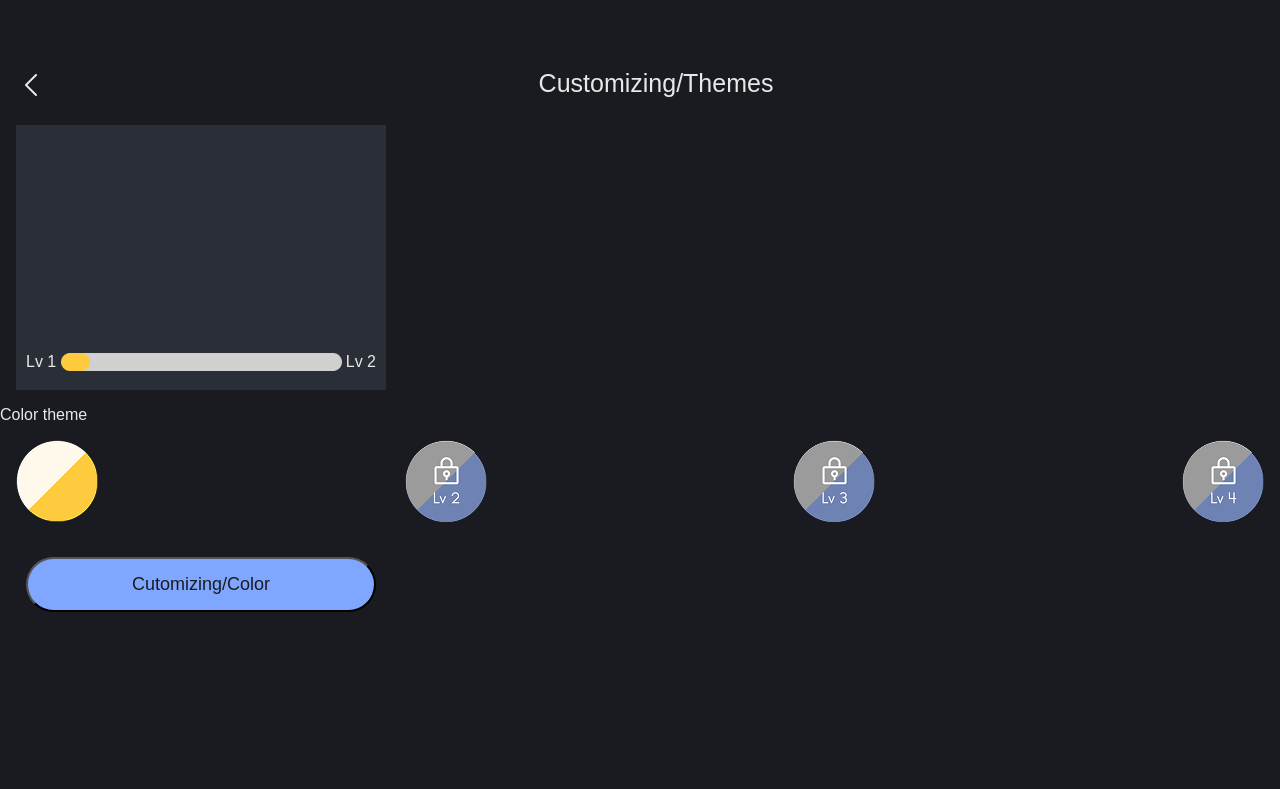
Repository: Crite-Spranberries/sleepixie_app
Page: /customizing
An editor plug-in stored every save of this project. The page is shown before and after the next save, followed by the edit.
The browser window is 1280 px wide. The pictures show the whole page.
Pictures or frames that could not be fetched are drawn as grey boxes. Some web fonts or font styles are not loaded; a fallback is used. The project was rebuilt for these pictures with package versions that can differ from the ones it lists, and the page was loaded fresh each time. The framework's server and built-in components were replaced by stand-ins that run in the browser. Also part of the build but not shown: next.config.mjs.

Above is the page before, as saved 2025-05-12 11:53:06.

After the next save:
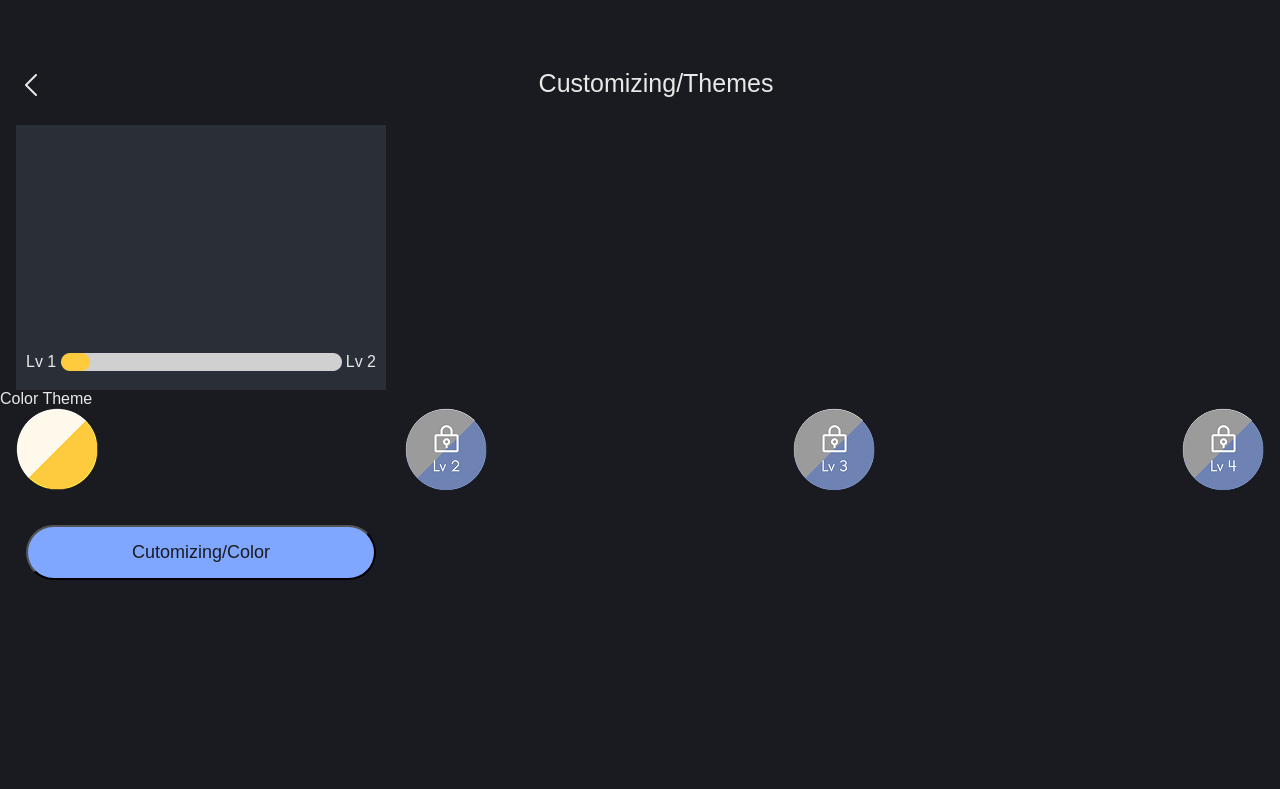
Saved 17 s later.
--- a/pages/customizing.js
+++ b/pages/customizing.js
@@ -10,9 +10,7 @@
     <div className="styles.customizingPage">
       <HeaderComponent pageName="Customizing/Themes" pageLink="/character" />
       <CharacterCard2 />
-      <div className="styles.colorTheme">
-        <p>Color theme</p>
-      </div>
+      <div className="styles.colorTheme">Color Theme</div>
       <div className="colorChipContainer">
         <Image
           src="/images/colorChip1.png"
